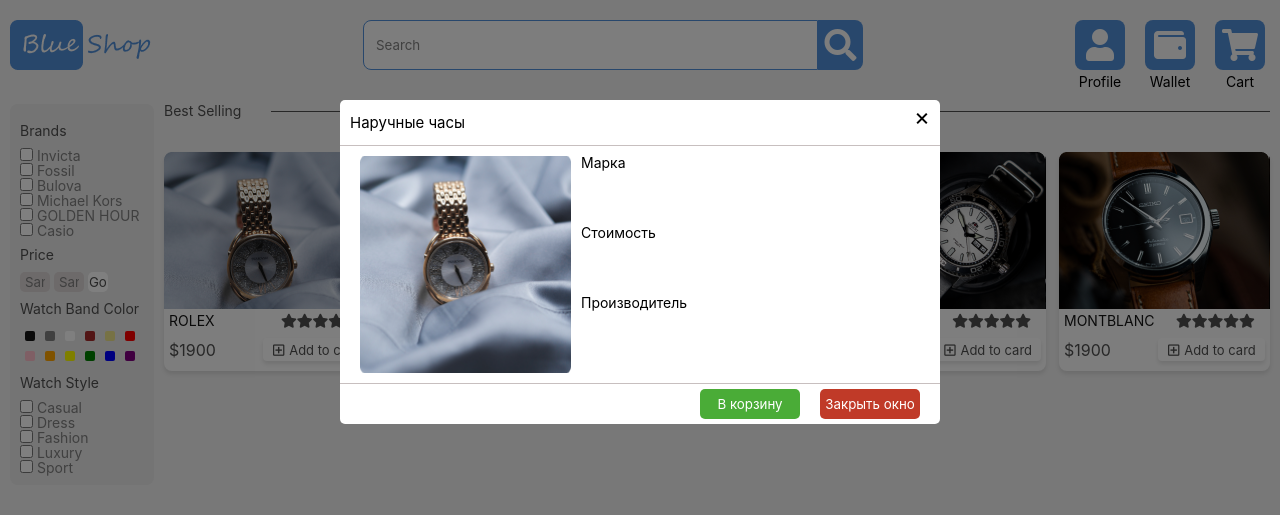
Repository: 5440000/5440000.github.io
Page: My-shop/index.html
An editor plug-in stored every save of this project. The page is shown before and after the next save, followed by the edit.
The browser window is 1280 px wide. The pictures show the window.
Empty fields were first filled with sample values (such as "Sample", 5 or name@example.com).
After loading, the first visible `button.item__buttion` was clicked once.
Pictures or frames that could not be fetched are drawn as grey boxes. A layer covers the whole window, so only the first screen is drawn.

Above is the page before, as saved 2022-04-10 23:10:09.

After the next save:
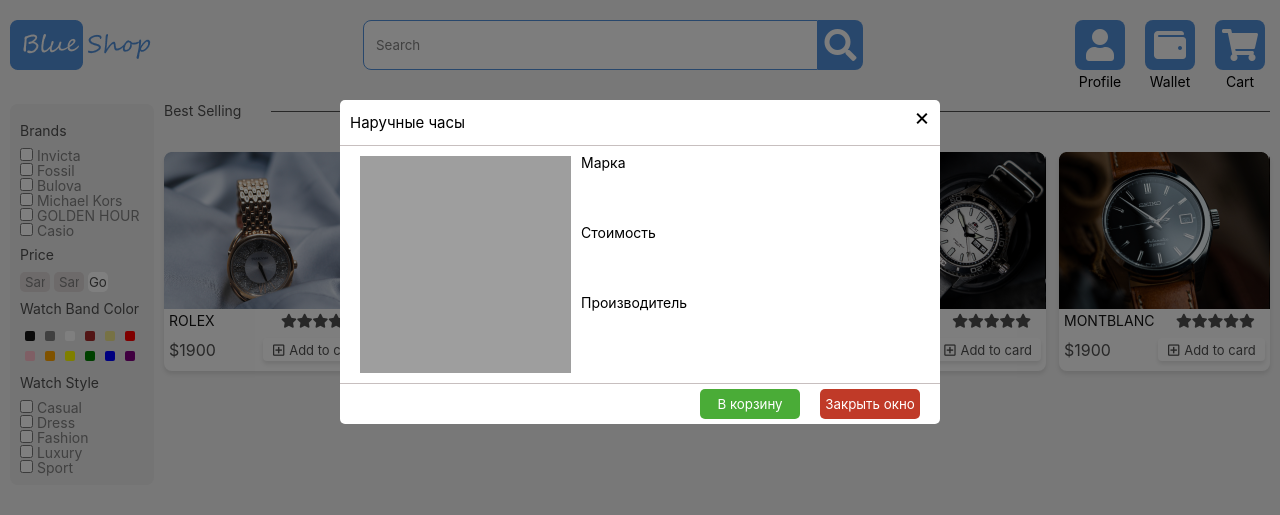
Saved 32 s later.
--- a/My-shop/goodModal.js
+++ b/My-shop/goodModal.js
@@ -4,8 +4,8 @@
 
   const goodImage = document.getElementById("good_image");
   goodImage.style = `background-image: url(${img})`;
-  const goodname = document.getElementById("good_image");
-  goodImage.style = `background-image: url(${img})`;
+  const goodname = document.getElementById("item__name");
+  goodImage.style = `background-image: url(${name})`;
 
 
   document.body.appendChild(modal);
